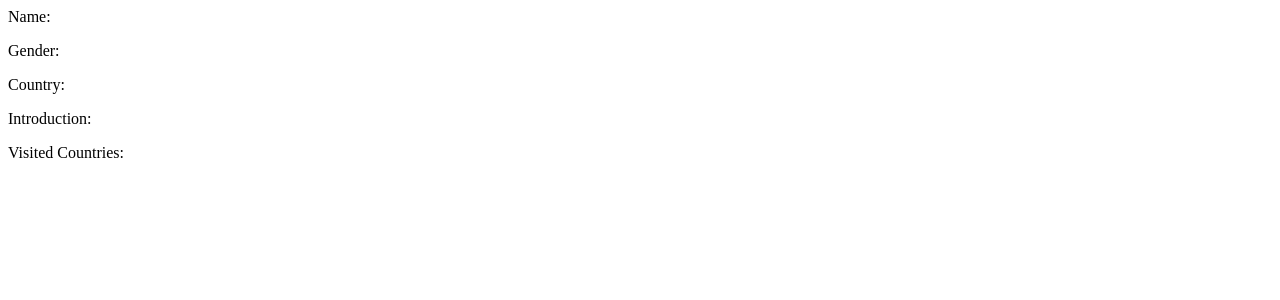
Repository: OtabekScarcro/spring-5
Page: http://localhost/S09L02-AddExternalResources/view/displayUserInfo.jsp
An editor plug-in stored every save of this project. The page is shown before and after the next save, followed by the edit.
The browser window is 1280 px wide. The pictures show the whole page.
Some web fonts or font styles are not loaded; a fallback is used. The page is served by Tomcat 9. Other server files are loaded and not shown.

Above is the page before, as saved 2023-04-25 09:13:19.

### S09L02-AddExternalResources/src/main/webapp/view/displayUserInfo.jsp
<%@ page language="java" contentType="text/html; charset=ISO-8859-1"
    pageEncoding="ISO-8859-1"%>
    <%@ taglib prefix = "c" uri = "http://java.sun.com/jsp/jstl/core" %>
<!DOCTYPE html>
<html>
<head>
<meta charset="ISO-8859-1">
<title>User Info</title>
</head>
<body>
Name: ${user.name}<p/>
Gender: ${user.gender}<p/>
Country: ${user.country}<p/>
Introduction: ${user.introduction}<p/>
Visited Countries:
<c:forEach items="${user.visitedCountries}" var="item">
	<li>${item}</li>
</c:forEach>
</body>
</html>

### S09L02-AddExternalResources/src/main/webapp/WEB-INF/template/css/style.css
@charset "ISO-8859-1";
@import "compass/css3";

@import url(https://fonts.googleapis.com/css?family=Merriweather);
$red: #e74c3c;

*,
*:before,
*:after {
   @include box-sizing(border-box);
}

html, body {
  background: #f1f1f1;
  font-family: 'Merriweather', sans-serif;
  padding: 1em;
}

h1 {
   text-align: center;
   color: #a8a8a8;
   @include text-shadow(1px 1px 0 rgba(white, 1));
}

form {
   max-width: 600px;
   text-align: center;
   margin: 20px auto;

  input, textarea {
     border:0; outline:0;
     padding: 1em;
     @include border-radius(8px);
     display: block;
     width: 100%;
     margin-top: 1em;
     font-family: 'Merriweather', sans-serif;
     @include box-shadow(0 1px 1px rgba(black, 0.1));
     resize: none;

    &:focus {
       @include box-shadow(0 0px 2px rgba($red, 1)!important);
    }
  }

  #input-submit {
     color: white;
     background: $red;
     cursor: pointer;

    &:hover {
       @include box-shadow(0 1px 1px 1px rgba(#aaa, 0.6));
    }
  }

  textarea {
      height: 126px;
  }
}


.half {
  float: left;
  width: 48%;
  margin-bottom: 1em;
}

.right { width: 50%; }

.left {
     margin-right: 2%;
}


@media (max-width: 480px) {
  .half {
     width: 100%;
     float: none;
     margin-bottom: 0;
  }
}


/* Clearfix */
.cf:before,
.cf:after {
    content: " "; /* 1 */
    display: table; /* 2 */
}

.cf:after {
    clear: both;
}

After the next save:
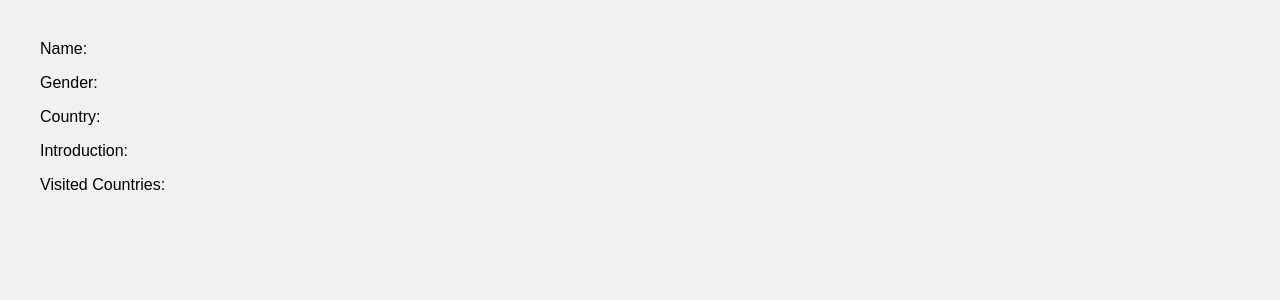
Not found: S09L02-AddExternalResources/S09L02-AddExternalResources/files/css/compass/css3
Saved 14 s later.
--- a/S09L02-AddExternalResources/src/main/webapp/view/displayUserInfo.jsp
+++ b/S09L02-AddExternalResources/src/main/webapp/view/displayUserInfo.jsp
@@ -4,8 +4,9 @@
 <!DOCTYPE html>
 <html>
 <head>
-<meta charset="ISO-8859-1">
-<title>User Info</title>
+	<meta charset="ISO-8859-1">
+	<title>User Info</title>
+	<link type="text/css" rel="stylesheet" href="${pageContext.request.contextPath}/files/css/style.css">
 </head>
 <body>
 Name: ${user.name}<p/>
